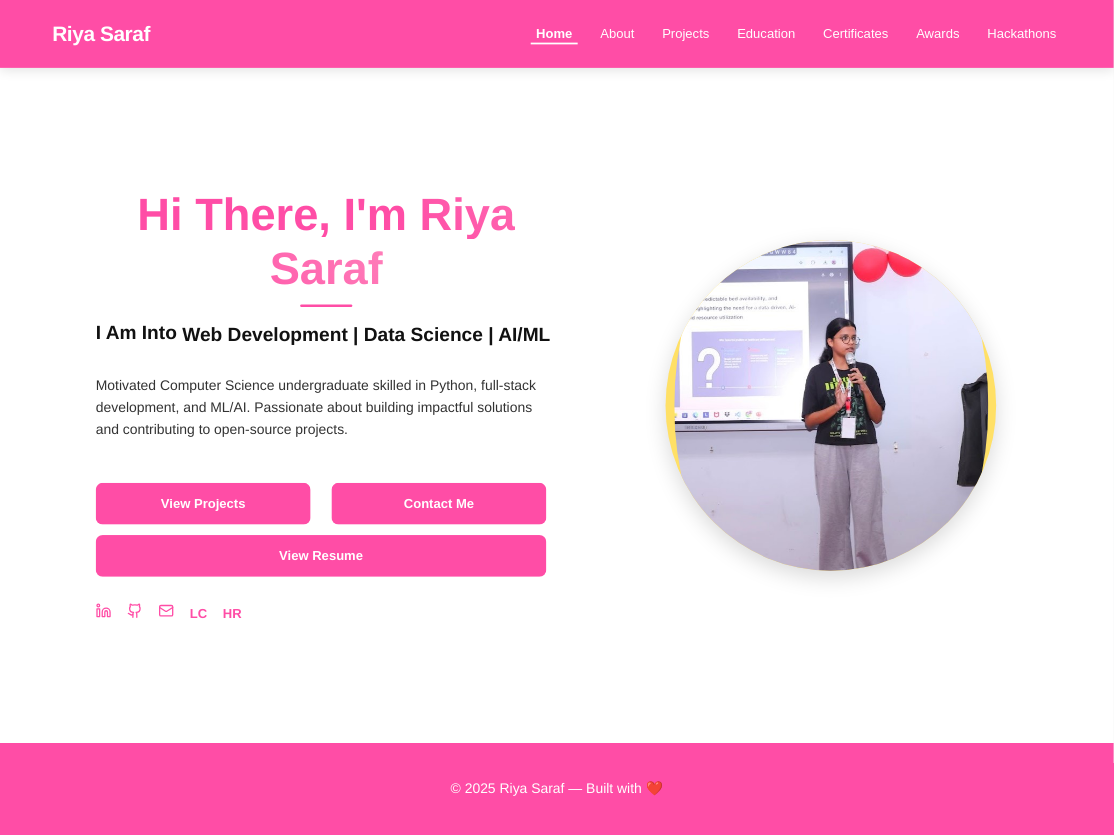
Repository: riyaaaa19/riya-portfolio
Page: /
An editor plug-in stored every save of this project. The page is shown before and after the next save, followed by the edit.
The browser window is 1280 px wide. The pictures show the whole page, at 87% of full size.
The project was rebuilt for these pictures with package versions that can differ from the ones it lists, and the page was loaded fresh each time. Also part of the build but not shown: src/components/TimelineCard.js.

Above is the page before, as saved 2025-09-14 15:08:54.

After the next save:
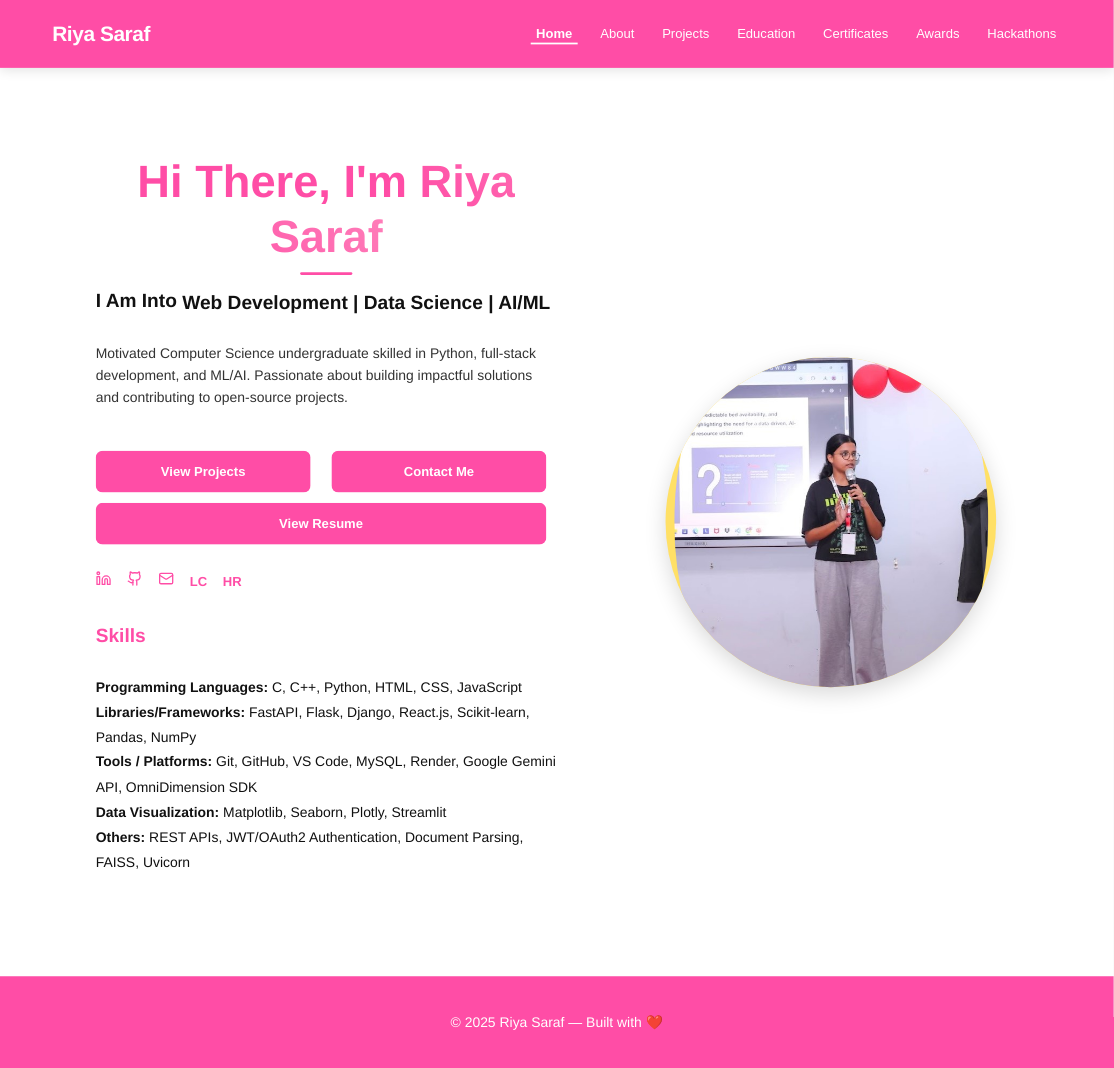
Saved 49 s later.
--- a/src/App.js
+++ b/src/App.js
@@ -179,6 +179,14 @@
               <a href="https://leetcode.com/u/riyaaa19/" target="_blank" rel="noreferrer">LC</a>
               <a href="https://www.hackerrank.com/profile/riyasaraf19" target="_blank" rel="noreferrer">HR</a>
             </div>
+              <h3 style={{ color: "#ff4da6", marginTop: "20px" }}>Skills</h3>
+              <ul style={{ listStyle: "none", padding: 0, lineHeight: "1.8" }}>
+                <li><strong>Programming Languages:</strong> C, C++, Python, HTML, CSS, JavaScript</li>
+                <li><strong>Libraries/Frameworks:</strong> FastAPI, Flask, Django, React.js, Scikit-learn, Pandas, NumPy</li>
+                <li><strong>Tools / Platforms:</strong> Git, GitHub, VS Code, MySQL, Render, Google Gemini API, OmniDimension SDK</li>
+                <li><strong>Data Visualization:</strong> Matplotlib, Seaborn, Plotly, Streamlit</li>
+                <li><strong>Others:</strong> REST APIs, JWT/OAuth2 Authentication, Document Parsing, FAISS, Uvicorn</li>
+              </ul>
           </div>
           <div className="hero-img">
             <div className="avatar-circle">

After the save that followed:
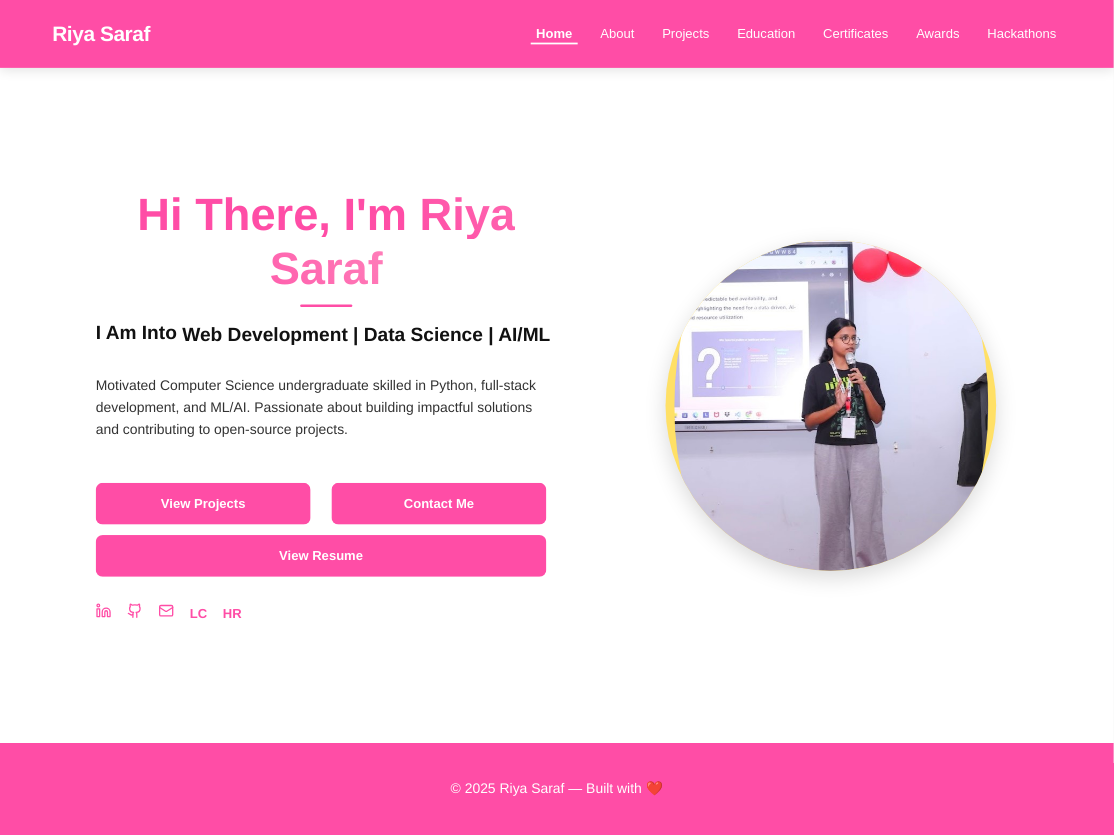
Saved 52 s later.
--- a/src/App.js
+++ b/src/App.js
@@ -179,14 +179,6 @@
               <a href="https://leetcode.com/u/riyaaa19/" target="_blank" rel="noreferrer">LC</a>
               <a href="https://www.hackerrank.com/profile/riyasaraf19" target="_blank" rel="noreferrer">HR</a>
             </div>
-              <h3 style={{ color: "#ff4da6", marginTop: "20px" }}>Skills</h3>
-              <ul style={{ listStyle: "none", padding: 0, lineHeight: "1.8" }}>
-                <li><strong>Programming Languages:</strong> C, C++, Python, HTML, CSS, JavaScript</li>
-                <li><strong>Libraries/Frameworks:</strong> FastAPI, Flask, Django, React.js, Scikit-learn, Pandas, NumPy</li>
-                <li><strong>Tools / Platforms:</strong> Git, GitHub, VS Code, MySQL, Render, Google Gemini API, OmniDimension SDK</li>
-                <li><strong>Data Visualization:</strong> Matplotlib, Seaborn, Plotly, Streamlit</li>
-                <li><strong>Others:</strong> REST APIs, JWT/OAuth2 Authentication, Document Parsing, FAISS, Uvicorn</li>
-              </ul>
           </div>
           <div className="hero-img">
             <div className="avatar-circle">
@@ -210,6 +202,14 @@
         <li>Dedicated to merging creativity and technology to create solutions that make a positive impact.</li>
         <li>Interested in contributing to open-source projects and continuously improving technical expertise.</li>
       </ul>
+      <h3 style={{ color: "#ff4da6", marginTop: "20px" }}>Skills</h3>
+      <ul style={{ listStyle: "none", padding: 0, lineHeight: "1.8" }}>
+        <li><strong>Programming Languages:</strong> C, C++, Python, HTML, CSS, JavaScript</li>
+        <li><strong>Libraries/Frameworks:</strong> FastAPI, Flask, Django, React.js, Scikit-learn, Pandas, NumPy</li>
+        <li><strong>Tools / Platforms:</strong> Git, GitHub, VS Code, MySQL, Render, Google Gemini API, OmniDimension SDK</li>
+        <li><strong>Data Visualization:</strong> Matplotlib, Seaborn, Plotly, Streamlit</li>
+        <li><strong>Others:</strong> REST APIs, JWT/OAuth2 Authentication, Document Parsing, FAISS, Uvicorn</li>
+      </ul>
 
       {/* ✅ Right Side: About Image */}
       <div className="about-img" style={{ flex: "0 0 250px", textAlign: "center" }}>
